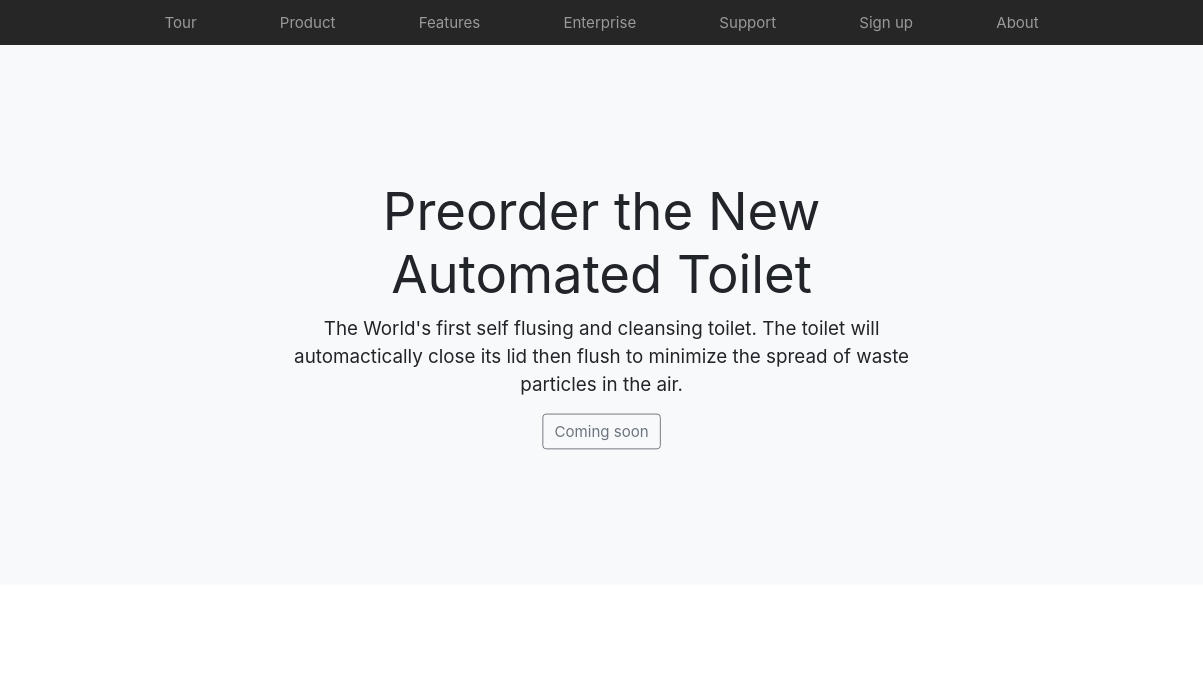
Repository: Vchu010/VickyChu-website
Page: LearnC S8-Twilio/index.html
The author's editor kept a record of every edit. The page is drawn from the files as they stood at one moment, then again after the next edit.
The browser window is 1280 px wide. The pictures show the whole page, at 94% of full size.

Above is the page before.

### LearnC S8-Twilio/index.html
<!doctype html>
<html lang="en">
  <head>
    <!-- Required meta tags -->
    <meta charset="utf-8">
    <meta name="viewport" content="width=device-width, initial-scale=1, shrink-to-fit=no">
    <meta name="description" content="Improving the world one day at a time">
    <meta name="author" content="862207335">

    <!-- Bootstrap CSS -->
    <link rel="stylesheet" href="https://stackpath.bootstrapcdn.com/bootstrap/4.5.2/css/bootstrap.min.css" integrity="sha384-JcKb8q3iqJ61gNV9KGb8thSsNjpSL0n8PARn9HuZOnIxN0hoP+VmmDGMN5t9UJ0Z" crossorigin="anonymous">

    <!-- Title of your Website -->
    <title>The Water Saver</title>
    <link href="product.css" rel="stylesheet">
  </head>
  <body>
    <nav class="site-header sticky-top py-1">
    <!-- Top Menu Bar -->
    <div class="container d-flex flex-column flex-md-row justify-content-between">
        <a class="py-2 d-none d-md-inline-block" id="menu-item-1" href="https://google.com" target="_blank">Tour</a>
        <a class="py-2 d-none d-md-inline-block" id="menu-item-2" href="https://youtube.com" target="_blank">Product</a>
        <a class="py-2 d-none d-md-inline-block" id="menu-item-3" href="https://pacsun.com" target="_blank"">Features</a>
        <a class="py-2 d-none d-md-inline-block" id="menu-item-4" href="https://mcdonalds.com" target="_blank"">Enterprise</a>
        <a class="py-2 d-none d-md-inline-block" id="menu-item-5" href="https://zoom.com" target="_blank"">Support</a>
        <a class="py-2 d-none d-md-inline-block" id="menu-item-6" href="https://geico.com" target="_blank"">Sign up</a>
        <a class="py-2 d-none d-md-inline-block" id="menu-item-7" href="https://statefarm.com" target="_blank"">About</a>
    </div>
</nav>
<!-- Main Header Section h1-->
<div class="position-relative overflow-hidden p-3 p-md-5 m-md-0 text-center bg-light">
    <div class="col-md-8 p-lg-5 mx-auto my-5">
        <h1 class="display-4 font-weight-normal">Preorder the New Automated Toilet</h1>
        <p class="lead font-weight-normal">The World's first self flusing and cleansing toilet. The toilet will automactically close its lid then flush to minimize the spread of waste particles in the air. </p>
        <a class="btn btn-outline-secondary"href="https://" https://www.google.com/url?sa=i&url=https%3A%2F%2Fwww.amazon.com%2FAmerican-Elongated-Outlet-Piece-Toilet%2Fdp%2FB079TXK9GY&psig=AOvVaw07qj4-XOg7HmTTzEvqSijP&ust=1618444057119000&source=images&cd=vfe&ved=0CAIQjRxqFwoTCMC04Yq0_O8CFQAAAAAdAAAAABAM">Coming soon </a>
    </div>
</div>
  </body>
</html>

### LearnC S8-Twilio/product.css
.container {
  max-width: 960px;
}

/*
 * Custom translucent site header
 */

.site-header {
  background-color: rgba(0, 0, 0, .85);
  -webkit-backdrop-filter: saturate(180%) blur(20px);
  backdrop-filter: saturate(180%) blur(20px);
}
.site-header a {
  color: #999;
  transition: ease-in-out color .15s;
}
.site-header a:hover {
  color: #fff;
  text-decoration: none;
}

/*
 * Dummy devices (replace them with your own or something else entirely!)
 */

.product-device {
  position: absolute;
  right: 10%;
  bottom: -30%;
  width: 300px;
  height: 540px;
  background-color: #333;
  border-radius: 21px;
  -webkit-transform: rotate(30deg);
  transform: rotate(30deg);
}

.product-device::before {
  position: absolute;
  top: 10%;
  right: 10px;
  bottom: 10%;
  left: 10px;
  content: "";
  background-color: rgba(255, 255, 255, .1);
  border-radius: 5px;
}

.product-device-2 {
  top: -25%;
  right: auto;
  bottom: 0;
  left: 5%;
  background-color: #e5e5e5;
}


/*
 * Extra utilities
 */

.flex-equal > * {
  -ms-flex: 1;
  flex: 1;
}
@media (min-width: 768px) {
  .flex-md-equal > * {
    -ms-flex: 1;
    flex: 1;
  }
}

.overflow-hidden { overflow: hidden; }

After the next edit:
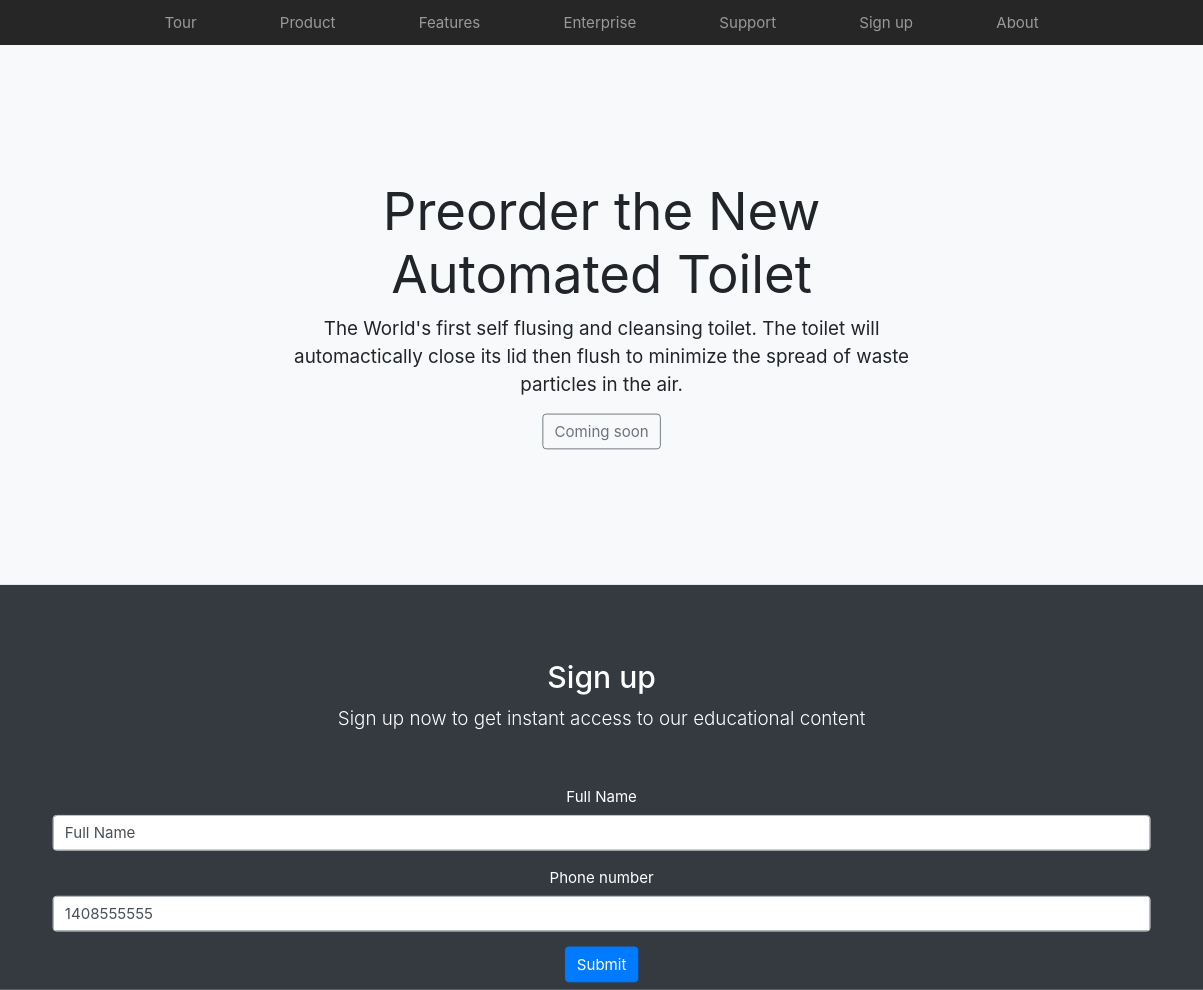
The edit:
--- a/LearnC S8-Twilio/index.html
+++ b/LearnC S8-Twilio/index.html
@@ -35,5 +35,44 @@
         <a class="btn btn-outline-secondary"href="https://" https://www.google.com/url?sa=i&url=https%3A%2F%2Fwww.amazon.com%2FAmerican-Elongated-Outlet-Piece-Toilet%2Fdp%2FB079TXK9GY&psig=AOvVaw07qj4-XOg7HmTTzEvqSijP&ust=1618444057119000&source=images&cd=vfe&ved=0CAIQjRxqFwoTCMC04Yq0_O8CFQAAAAAdAAAAABAM">Coming soon </a>
     </div>
 </div>
+<!-- Left Tile -->
+<div class="d-md-flex flex-md-equal w-100">
+    <div class="bg-dark pt-3 px-3 pt-md-5 px-md-5 text-center text-white overflow-hidden">
+        <div class="my-3 py-3">
+            <h2 class="display-5">Sign up</h2>
+            <p class="lead">Sign up now to get instant access to our educational content</p>
+        </div>
+        <!-- Web form when submitted will send a text message -->
+        <form class="p-2" onsubmit="sendTextMessage(); return false;">
+            <!-- Full Name Form Field -->
+            <div class="form-group">
+                <label for="example-first-name">Full Name</label>
+                <input type="text" value="Full Name" class="form-control" id="example-first-name" aria-describedby="emailHelp">
+            </div>
+            <!-- Phone Number Form Field -->
+            <div class="form-group">
+                <label for="example-tel-input">Phone number</label>
+                <input type="tel" class="form-control" value="1408555555" id="example-tel-input">
+            </div>
+            <!-- JavaScript that handles onSubmit logic -->
+            <!-- Configure the XHR request below with your own credentials -->
+            <script>
+            function sendTextMessage() {
+                console.log("Hello world!");
+                var xhr = new XMLHttpRequest();
+                var accountSID = "AC45dbd1b92d04b462bda09e2d3d5814a6";
+                var authToken = "4099dc9c4fb9e2b42022fc2e352b97c2";
+                var base64encoded = accountSID + ":" + authToken;
+                var params = "To=" + document.getElementById('example-tel-input').value + "&From=" + "XXXXXXXXXX" + "&Body=" + "Hello " + document.getElementById('example-first-name').value + " nice job on sending your first SMS with APIs."
+                xhr.open("POST", "https://api.twilio.com/2010-04-01/Accounts/" + accountSID + "/Messages.json", true);
+                xhr.setRequestHeader('Content-Type', 'application/x-www-form-urlencoded');
+                xhr.setRequestHeader('Authorization', 'Basic ' + btoa(base64encoded));
+                xhr.send(params);
+            }
+            </script>
+            <!-- Submit button that will execute the sendTextMessage function -->
+            <button type="submit" class="btn btn-primary">Submit</button>
+        </form>
+    </div>
   </body>
 </html>
